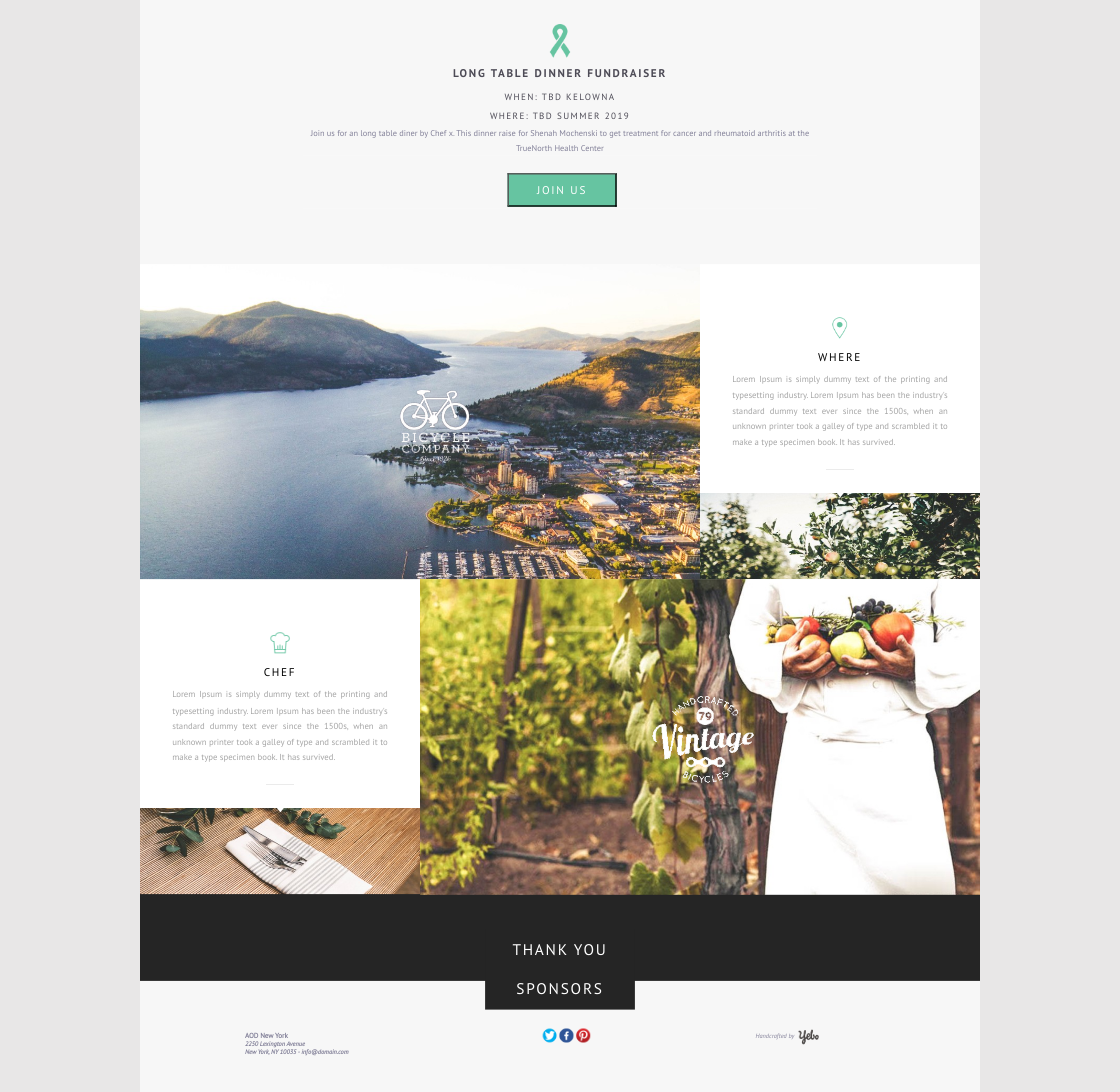
Repository: vancodes/longtable
Page: index.html
These files come from the project's save history. The page is drawn as it stood at one moment and after the next save; the edit follows.
The browser window is 1280 px wide. The page is 1600 px wide, so the pictures cover 1600 px, including what lies to the right of the window. The pictures show the part of the page from y = 796 to 2356 px (the page is 2356 px tall), at 70% of full size.

Above is the page before, as saved 2019-04-08 15:40:03.

After the next save:
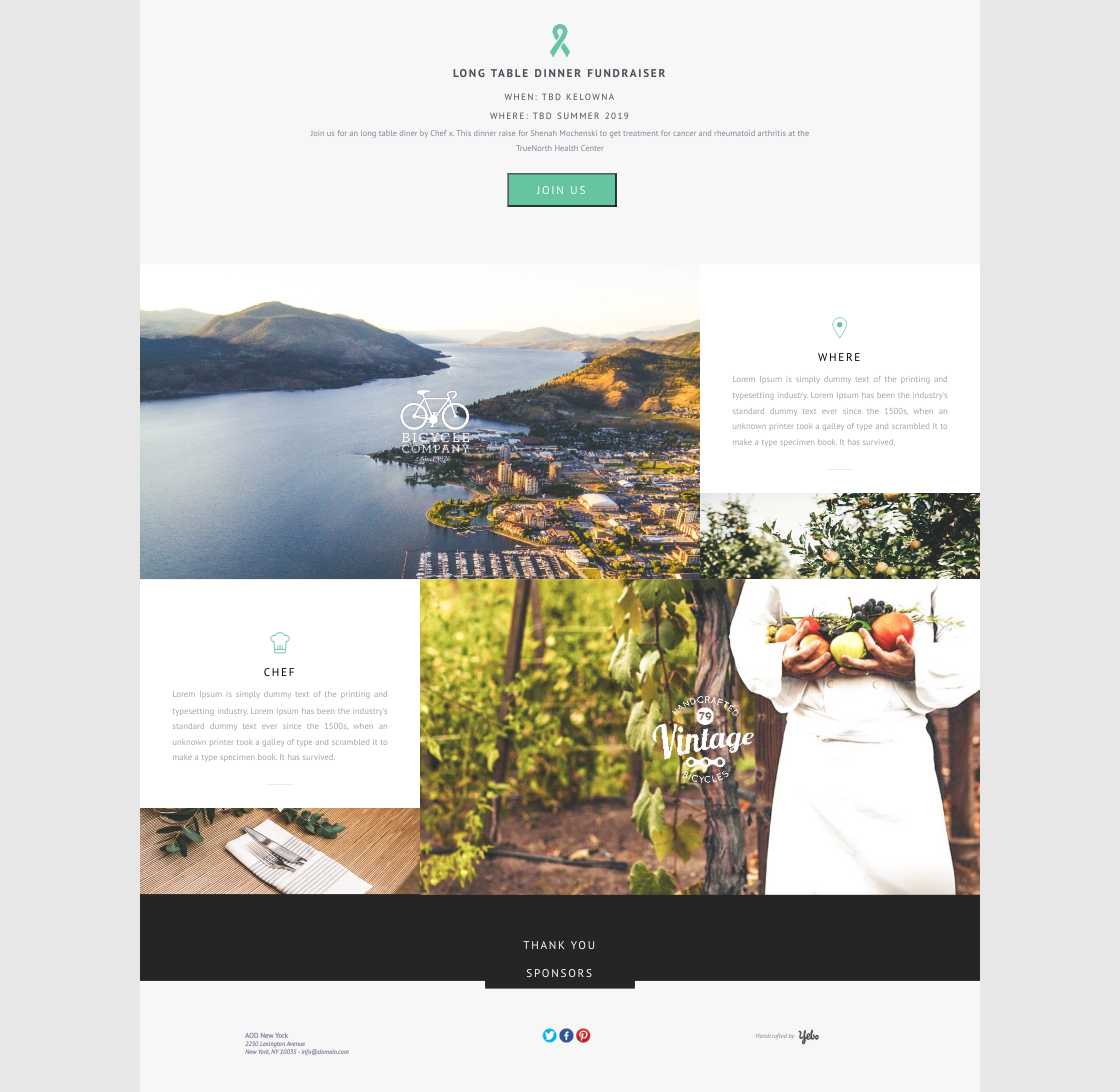
Saved 12 s later.
--- a/index.css
+++ b/index.css
@@ -559,7 +559,7 @@ img {
   text-transform: uppercase;
   text-align: center;
   line-height: 2.5em;
-  font-size: 22px;
+  font-size: 16px;
   color: #fff;
   background-color: #252525;
 }
